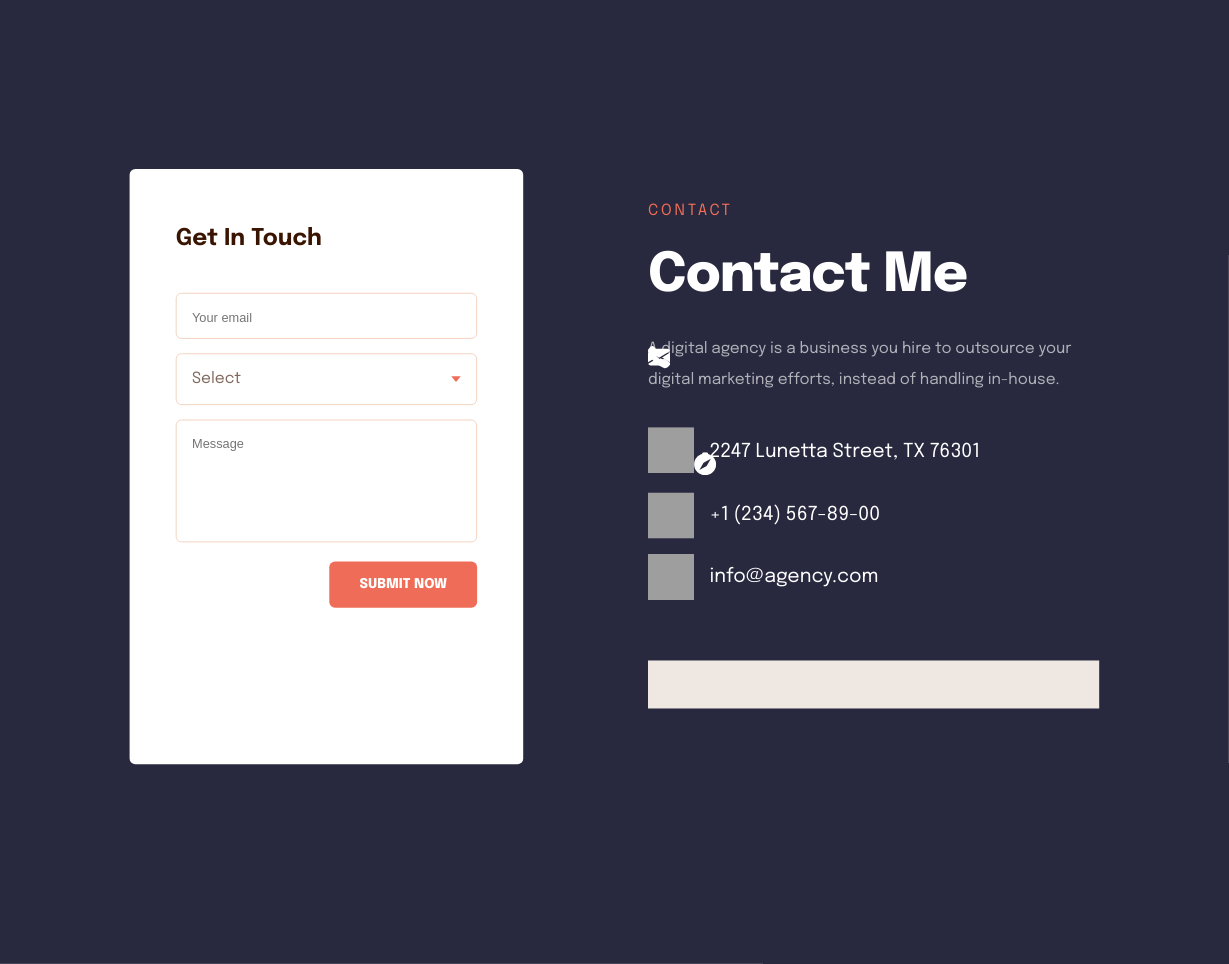
Repository: NatiqSamiyev/form-task-2
Page: index.html
An editor plug-in stored every save of this project. The page is shown before and after a run of saves, followed by the edit.
The browser window is 1280 px wide. The pictures show the whole page, at 96% of full size.
Pictures or frames that could not be fetched are drawn as grey boxes. Some web fonts or font styles are not loaded; a fallback is used.

Above is the page before, as saved 2023-10-30 11:50:40.

After the next 2 saves:
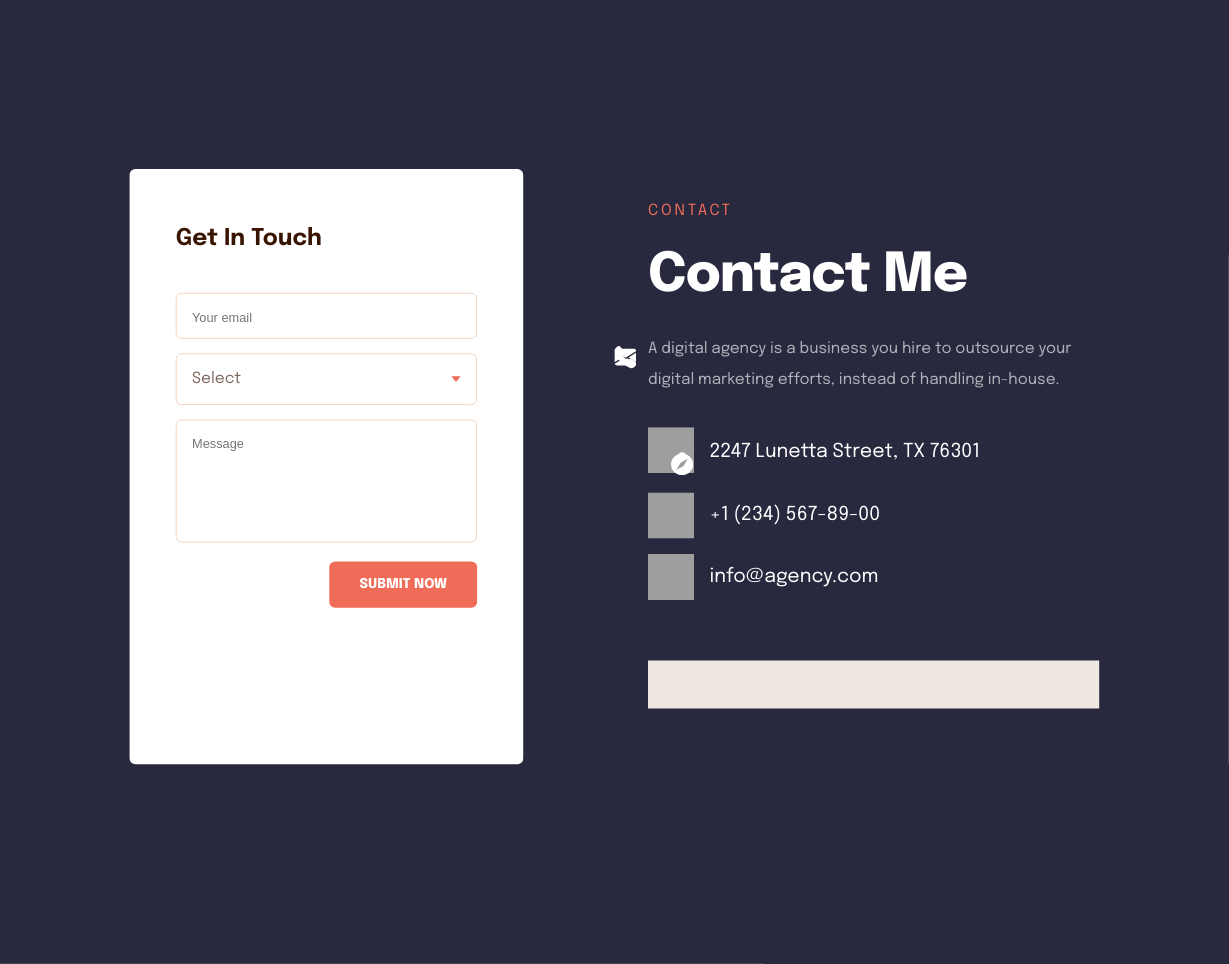
The 2 saves are shown as one change because they came seconds apart.
The last was saved 9 s later.
--- a/index.css
+++ b/index.css
@@ -138,7 +138,8 @@ ul li {
   fill: #fff;
   position: absolute;
 top: 50%;
-
+left: 50%;
+tr
 }
 
 ul li p {
